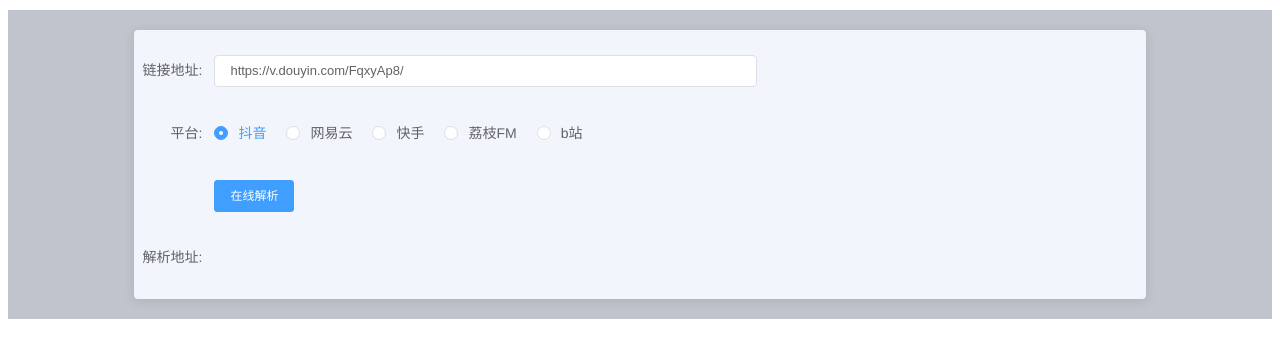
Repository: lyln/freepd
Page: / (app in frontend/freepd/)
The author's editor kept a copy of each file at every save. The page is drawn from the files as they stood at one save, then again after the next save.
The browser window is 1280 px wide. The pictures show the whole page.
The project was rebuilt for these pictures with package versions that can differ from the ones it lists, and the page was loaded fresh each time. Also part of the build but not shown: frontend/freepd/src/components/HelloWorld.vue.

Above is the page before, as saved 2022-05-29 08:58:16.

### frontend/freepd/index.html
<!DOCTYPE html>
<html>
  <head>
    <meta charset="utf-8">
    <meta name="viewport" content="width=device-width,initial-scale=1.0">
    <meta name="referrer" content="no-referrer" />
    <title>freepd</title>
  </head>
  <body>
    <div id="app"></div>
    <!-- built files will be auto injected -->
  </body>
</html>

### frontend/freepd/src/main.js
// The Vue build version to load with the `import` command
// (runtime-only or standalone) has been set in webpack.base.conf with an alias.
import Vue from 'vue'
import App from './App'
import router from './router'
import ElementUI from 'element-ui';
import 'element-ui/lib/theme-chalk/index.css';

Vue.config.productionTip = false
Vue.use(ElementUI)


/* eslint-disable no-new */
new Vue({
  el: '#app',
  router,
  components: { App },
  template: '<App/>'
})

### frontend/freepd/src/App.vue
<template>
	<div id="app">
		<router-view />
	</div>
</template>

<script>
export default {
	name: 'App',
}
</script>

<style>
#app {
	font-family: 'Avenir', Helvetica, Arial, sans-serif;
	-webkit-font-smoothing: antialiased;
	-moz-osx-font-smoothing: grayscale;
	text-align: center;
	/* color: #2c3e50; */
	color: #34495e;
	margin-top: 10px;
	background-color: #fff;
}
</style>

### frontend/freepd/src/router/index.js
import Vue from 'vue'
import Router from 'vue-router'
import HelloWorld from '@/components/HelloWorld'

Vue.use(Router)

export default new Router({
  routes: [
    {
      path: '/',
      name: 'Home',
      component: ()=> import('@/views/Home')
    },
    {
      path: '/hello',
      name: 'Hello',
      component: HelloWorld
    }
  ]
})

### frontend/freepd/src/views/Home.vue

<template>
	<div class="home">
		<el-row type="flex" class="row-bg" justify="center">
			<div class="grid-content bg-purple">
				<el-col :span="18">
					<el-form ref="form" :model="form" label-width="80px">

						<el-form-item label="链接地址:" style="margin-top: 20px">
							<el-input v-model="form.url" size="small" style="width: 80%"></el-input>
						</el-form-item>
						<el-form-item label="平台:">
							<el-radio-group v-model="form.type">
								<el-radio :label="1">抖音</el-radio>
								<el-radio :label="2">网易云</el-radio>
								<el-radio :label="3">快手</el-radio>
								<el-radio :label="4">荔枝FM</el-radio>
								<el-radio :label="5">b站</el-radio>
							</el-radio-group>
						</el-form-item>

						<el-form-item>
							<el-button type="primary" size="small" @click="onSubmit">在线解析</el-button>
						</el-form-item>

						<el-form-item label="解析地址:">
							<!-- <el-link>视频地址</el-link> -->
							<video width="480" height="360" controls="controls" v-if='videoUrl'>
								<source :src="videoUrl" type="video/ogg">
								Your browser does not support the video tag.
							</video>
							<br>
							<audio width="260" ref="audio" v-if="audioUrl" class="audio" :src="audioUrl" controls="controls">Your browser does not support the audio tag.</audio>

						</el-form-item>

					</el-form>

				</el-col>
			</div>

		</el-row>
	</div>
</template>

<script>
import { douyin, wangyiyun, kuaishou, lizhiFM, bilibili } from '@/api/parse'

export default {
	name: 'Home',
	data() {
		return {
			form: {
				url: 'https://v.douyin.com/FqxyAp8/',
				type: 1,
			},
			videoUrl: '',
			audioUrl: '',
		}
	},
	methods: {
		onSubmit() {
			switch (this.form.type) {
				case 1:
					douyin(this.form)
						.then((res) => {
							console.log(res.data)
							this.videoUrl = res.data.video.play
							this.audioUrl = res.data.music.play
						})
						.catch((err) => {
							console.log('抖音解析请求失败', err)
						})
					break
				case 2:
					wangyiyun(this.form)
						.then((res) => {
							var dataUrl = res.data.data
							if (dataUrl.videos) {
								this.videoUrl = dataUrl.videos[0]
							} else {
								this.videos = ''
								this.audioUrl = dataUrl.audios[0]
							}
						})
						.catch((err) => {
							console.log('网易云解析请求失败', err)
						})
					break
				case 3:
					kuaishou(this.form)
						.then((res) => {
							var dataUrl = res.data
							if (dataUrl.video) {
								this.videoUrl = dataUrl.video
							}
						})
						.catch((err) => {
							console.log('快手解析请求失败', err)
						})
					break
				case 4:
					lizhiFM(this.form)
						.then((res) => {
							var dataUrl = res.data
							if (dataUrl.voice_url) {
								this.videos = ''
								this.audioUrl = dataUrl.voice_url
							}
						})
						.catch((err) => {
							console.log('荔枝FM解析请求失败', err)
						})
					break
				case 5:
					bilibili(this.form)
						.then((res) => {
							var dataUrl = res.data.data
							if (dataUrl.videos) {
								this.videoUrl = dataUrl.videos[0]
							}
						})
						.catch((err) => {
							console.log('b站解析请求失败', err)
						})
					break
				default:
					console.log('解析请求失败')
			}
		},
	},
}
</script>

<style lang="css" scoped>
.home {
}
.row-bg {
	background-color: #c0c4cc;
}

.bg-purple {
	margin: 20px 0;
	background: #f2f6fc;
	box-shadow: 0 2px 12px 0 rgba(0, 0, 0, 0.1);
}
.grid-content {
	border-radius: 4px;
	width: 80%;
}

.el-form-item {
	text-align: left;
}

.el-radio {
	margin-right: 20px;
}

video {
	object-fit: fill;
}

audio {
	object-fit: fill;
}
</style>

### frontend/freepd/src/api/parse.js
import axios from 'axios'

let baseURL='http://127.0.0.1:8080/'

export function douyin(data) {
    return axios({
        method: "post",
        url: baseURL+"douyin",
        data: {
            url: data.url
        }
      })
  }

export function wangyiyun(data) {
    return axios({
        method: "post",
        url: baseURL+"wangyiyun",
        data: {
            url: data.url
        }
      })
  }
export function kuaishou(data) {
    return axios({
        method: "post",
        url: baseURL+"kuaishou",
        data: {
            url: data.url
        }
      })
  }
export function lizhiFM(data) {
    return axios({
        method: "post",
        url: baseURL+"lizhiFM",
        data: {
            url: data.url
        }
      })
  }
export function bilibili(data) {
    return axios({
        method: "post",
        url: baseURL+"bilibili",
        data: {
            url: data.url
        }
      })
  }

After the next save:
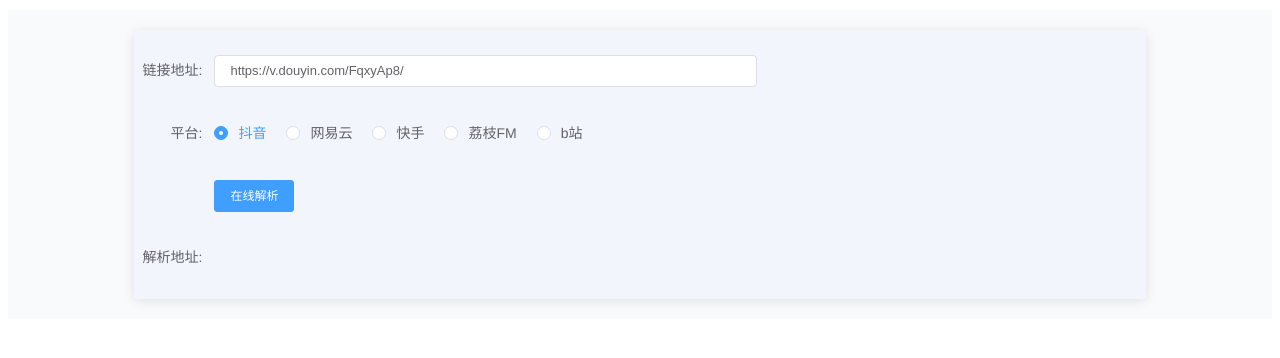
Saved 4 min 46 s later.
--- a/frontend/freepd/src/views/Home.vue
+++ b/frontend/freepd/src/views/Home.vue
@@ -136,7 +136,8 @@ export default {
 .home {
 }
 .row-bg {
-	background-color: #c0c4cc;
+	/* background-color: #c0c4cc; */
+	background-color: #f9fafc;
 }
 
 .bg-purple {
